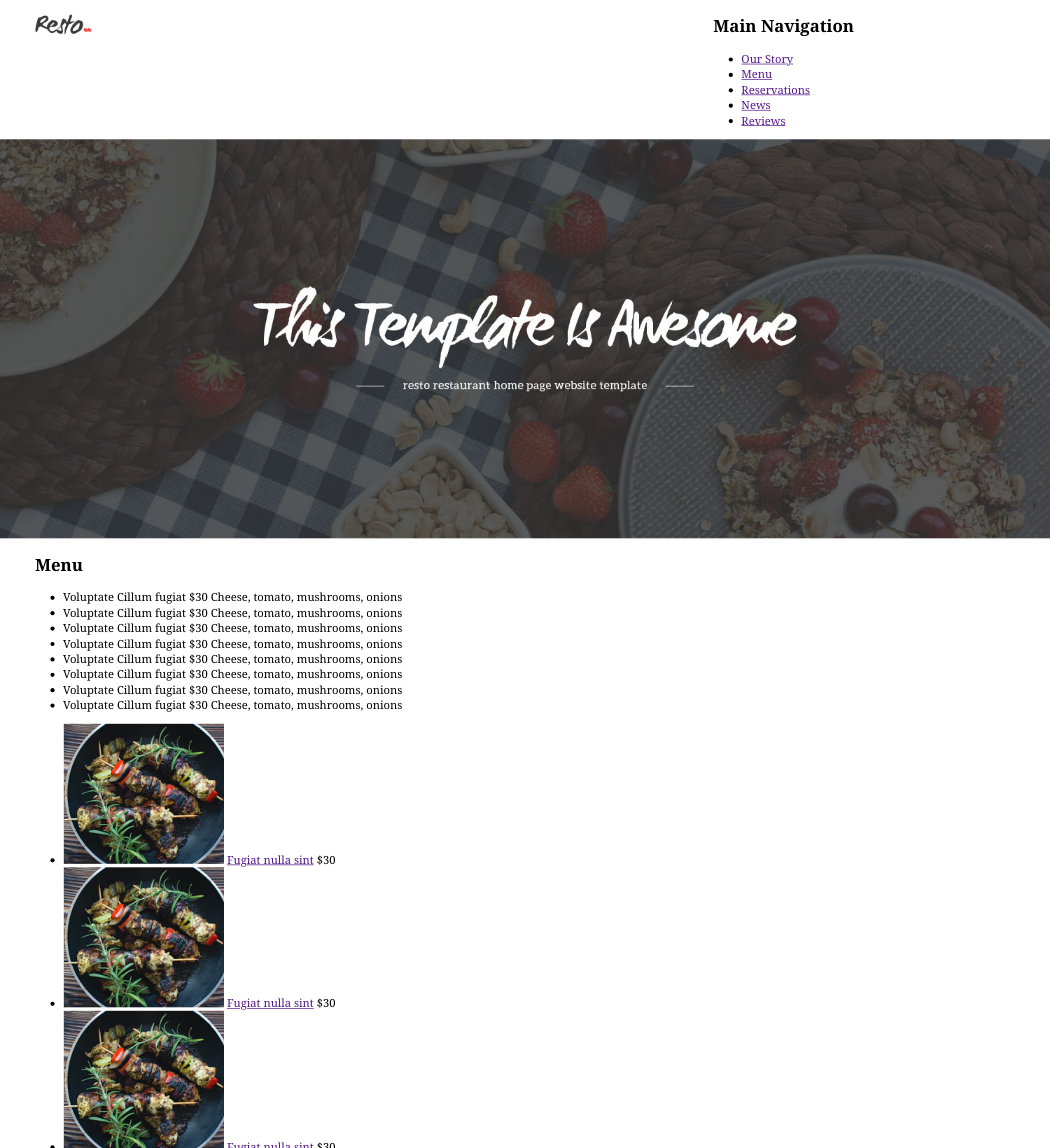
Repository: Piterwk1/psd-to-wordpress
Page: index.html
The author's editor kept a copy of each file at every save. The page is drawn from the files as they stood at one save, then again after the next save.
The browser window is 1280 px wide. The page is 1500 px wide, so the pictures cover 1500 px, including what lies to the right of the window. The pictures show the part of the page from y = 0 to 1640 px (the page is 2253 px tall), at 70% of full size.

Above is the page before, as saved 2021-09-21 05:23:11.

### index.html
<html lang="en">

<head>
    <meta charset="UTF-8">
    <meta http-equiv="X-UA-Compatible" content="IE=edge">
    <meta name="viewport" content="width=device-width, initial-scale=1.0">
    <title>Resto</title>
    <link rel="stylesheet" href="style.css">
</head>

<body>

    <header>
        <div class="wrapper" id="headerWrapper">
            <h1 class="logo">Rest</h1>
            <nav>
                <h2>Main Navigation</h2>
                <ul>
                    <li><a href="">Our Story</a></li>
                    <li><a href="">Menu</a></li>
                    <li><a href="">Reservations</a></li>
                    <li><a href="">News</a></li>
                    <li><a href="">Reviews</a></li>
                </ul>
            </nav>
        </div>
    </header>

    <!-- start homepage content -->

    <div id="main-banner">
        <img src="images/banner.jpg" alt="Welcome to Resto">
    </div>

    <div class="wrapper">
        <section id="home-menu">
            <h2>Menu</h2>
            <ul>
                <li>
                    <span class="dish">Voluptate Cillum fugiat</span>
                    <span class="price">$30</span>
                    <span class="description">Cheese, tomato, mushrooms, onions</span>
                </li>
                <li>
                    <span class="dish">Voluptate Cillum fugiat</span>
                    <span class="price">$30</span>
                    <span class="description">Cheese, tomato, mushrooms, onions</span>
                </li>
                <li>
                    <span class="dish">Voluptate Cillum fugiat</span>
                    <span class="price">$30</span>
                    <span class="description">Cheese, tomato, mushrooms, onions</span>
                </li>
                <li>
                    <span class="dish">Voluptate Cillum fugiat</span>
                    <span class="price">$30</span>
                    <span class="description">Cheese, tomato, mushrooms, onions</span>
                </li>
                <li>
                    <span class="dish">Voluptate Cillum fugiat</span>
                    <span class="price">$30</span>
                    <span class="description">Cheese, tomato, mushrooms, onions</span>
                </li>
                <li>
                    <span class="dish">Voluptate Cillum fugiat</span>
                    <span class="price">$30</span>
                    <span class="description">Cheese, tomato, mushrooms, onions</span>
                </li>
                <li>
                    <span class="dish">Voluptate Cillum fugiat</span>
                    <span class="price">$30</span>
                    <span class="description">Cheese, tomato, mushrooms, onions</span>
                </li>
                <li>
                    <span class="dish">Voluptate Cillum fugiat</span>
                    <span class="price">$30</span>
                    <span class="description">Cheese, tomato, mushrooms, onions</span>
                </li>
            </ul>
        </section>

        <section id="featured">
            <ul>
                <li>
                    <img src="images/thumb-1.jpg">
                    <a href="">Fugiat nulla sint</a>
                    <span>$30</span>
                    <span class="rating"></span>
                </li>
                <li>
                    <img src="images/thumb-1.jpg">
                    <a href="">Fugiat nulla sint</a>
                    <span>$30</span>
                    <span class="rating"></span>
                </li>
                <li>
                    <img src="images/thumb-1.jpg">
                    <a href="">Fugiat nulla sint</a>
                    <span>$30</span>
                    <span class="rating"></span>
                </li>
                <li>
                    <img src="images/thumb-1.jpg">
                    <a href="">Fugiat nulla sint</a>
                    <span>$30</span>
                    <span class="rating"></span>
                </li>
            </ul>
        </section>
    </div>

    <!-- end homepage content -->

    <footer>
        <div class="wrapper">
            <ul>
                <li>New York Restaurant</li>
                <li>3926 Anmoore Road</li>
                <li>New York, NY 10014</li>
                <li>718-749-1714</li>
            </ul>
            <ul>
                <li>France Restaurant</li>
                <li>68, rue da le Couronne</li>
                <li>75002 PARIS</li>
                <li>02.94.23.69.56</li>
            </ul>
            <ul>
                <li><a href="">Blog</a></li>
                <li><a href="">Careers</a></li>
                <li><a href="">Privacy Policy</a></li>
                <li><a href="">Contact</a></li>
            </ul>
            <ul>
                <li><img src="images/white-logo.png" alt="logo"></li>
                <li>&copy; All rights reserved 2015</li>

            </ul>
        </div>
    </footer>
</body>

</html>

### style.css
body {
    font-family: Georgia, 'Times New Roman', Times, serif;
    margin: 0;
}

.wrapper {
    width: 100%;
    max-width: 1180px;
    padding: 0 10px;
    margin:  0 auto;
}

h1.logo {
    background-image: url(images/logo.png);
    background-repeat: no-repeat;
    width: 100px;
    text-indent: -10000px;
}

#headerWrapper {
    display: flex;
    align-content: space-between;
    width: 100%;
}

nav {
    margin: 0 10 0 auto;
}

After the next save:
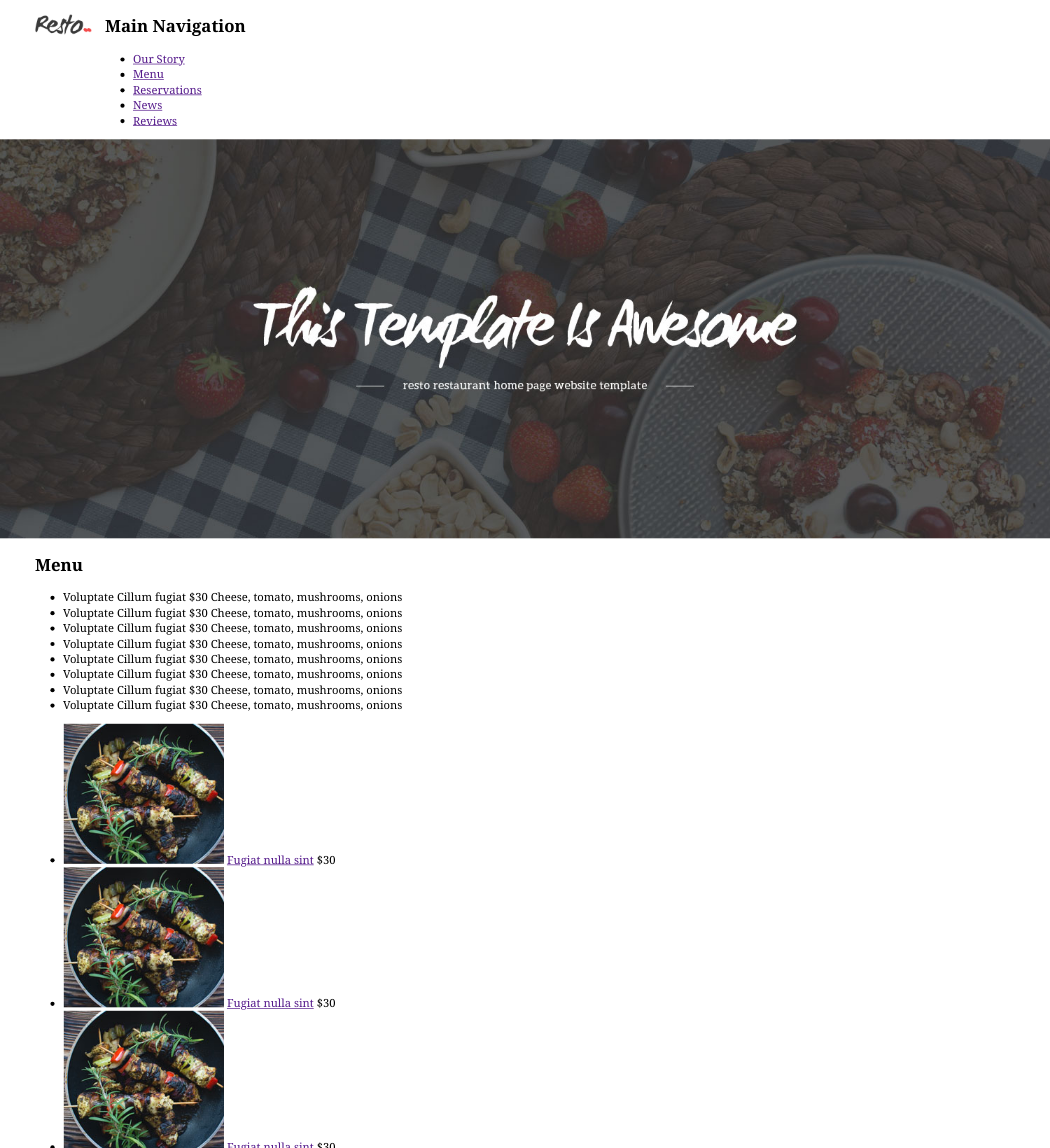
Saved 87 s later.
--- a/style.css
+++ b/style.css
@@ -24,5 +24,6 @@ h1.logo {
 }
 
 nav {
-    margin: 0 10 0 auto;
+    flex-grow: 10;
+    /* margin: 0 10 0 auto; */
 }
